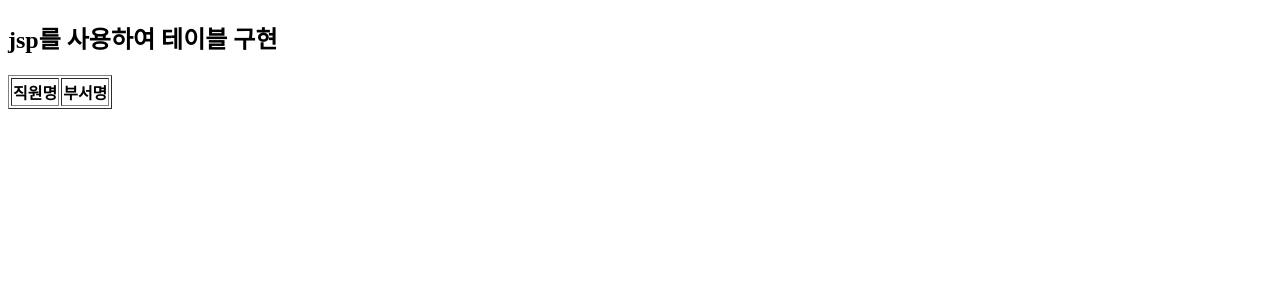
Repository: sieoh/2024html-
Page: http://localhost/jspweb_07/forstat_ex.jsp
An editor plug-in stored every save of this project. The page is shown before and after the next save, followed by the edit.
The browser window is 1280 px wide. The pictures show the whole page.
The page is served by Tomcat 9. Other server files are loaded and not shown.

Above is the page before, as saved 2024-01-11 00:56:40.

### workspace_sts/jspweb_07/src/main/webapp/forstat_ex.jsp
<%@ page import="java.util.*"%>
<%@ page language="java" contentType="text/html; charset=UTF-8"
    pageEncoding="UTF-8"%>
<!DOCTYPE html>
<html>
<head>
<meta charset="UTF-8">
<title>Insert title here</title>
</head>
<body>
	<h2>jsp를 사용하여 테이블 구현</h2>
	<%
		ArrayList<String> name = new ArrayList<String>();
      	name.add("김상완");
      	name.add("배승재");
      	name.add("승지우");
      	ArrayList<String> departName = new ArrayList<String>();
      	departName.add("기획팀");
      	departName.add("개발팀");
      	departName.add("보안팀");

		out.println("<table border='1'>");
		out.println("<tr>");
		out.println("<th>직원명</th>");
		out.println("<th>부서명</th>");
		out.println("</tr>");


		out.println("<table>");
	%>
</body>
</html>

After the next save:
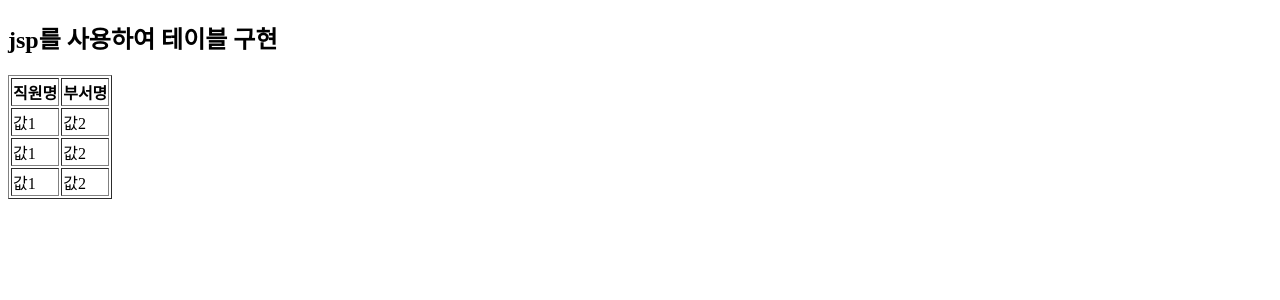
Saved 10 min 47 s later.
--- a/workspace_sts/jspweb_07/src/main/webapp/forstat_ex.jsp
+++ b/workspace_sts/jspweb_07/src/main/webapp/forstat_ex.jsp
@@ -25,6 +25,12 @@
 		out.println("<th>부서명</th>");
 		out.println("</tr>");
 
+		for(int i=0;i<name.size();i++) {
+			out.println("<tr>");
+			out.println("<td>값1</td>");
+			out.println("<td>값2</td>");
+			out.println("</tr>");
+		}
 
 		out.println("<table>");
 	%>
